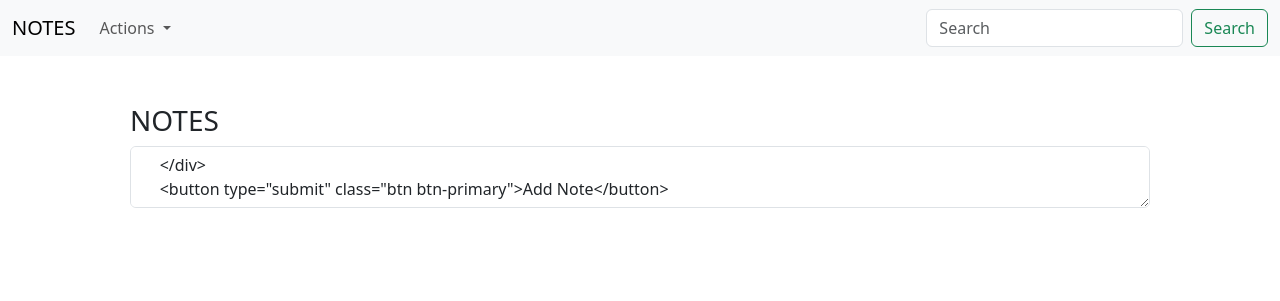
Repository: Qu4ntumGuy/flask-notes
Page: http://localhost/
The author's editor kept a copy of each file at every save. The page is drawn from the files as they stood at one save, then again after the next save.
The browser window is 1280 px wide. The pictures show the whole page.
The page is served by the project's application, run on Flask 3 (website/__init__.py). The user the application loads for id 1 is signed in. Other server files are loaded and not shown. The page reads the database file committed with the project.

Above is the page before, as saved 2024-05-30 22:24:21.

### website/templates/home.html
{%extends "index.html" %} {% block title %}  {{title}} {% endblock %}

{% block content %}

<form method="post" class="m-5">
    <div class="mb-3 mt-5">
        <div class="">
            <h3>NOTES</h3>
        </div>
      <!-- <label for="email" class="form-label">Email</label> -->
      <textarea class="form-control" id="note" name="note" placeholder="Add your Notes">
    </div>
    <button type="submit" class="btn btn-primary">Add Note</button>
  </form>

{% endblock %}

### website/templates/index.html
<!DOCTYPE html>
<html lang="en">
<head>
    <meta charset="UTF-8">
    <meta name="viewport" content="width=device-width, initial-scale=1.0">
    <link rel="stylesheet" href="https://cdn.jsdelivr.net/npm/bootstrap@5.3.3/dist/css/bootstrap.min.css">
    <title>{% block title %} Home {%endblock %} </title>
</head>
<body>
    <nav class="navbar navbar-expand-lg bg-body-tertiary">
        <div class="container-fluid">
          <a class="navbar-brand" href="/">NOTES</a>
          <button class="navbar-toggler" type="button" data-bs-toggle="collapse" data-bs-target="#navbarSupportedContent" aria-controls="navbarSupportedContent" aria-expanded="false" aria-label="Toggle navigation">
            <span class="navbar-toggler-icon"></span>
          </button>
          <div class="collapse navbar-collapse" id="navbarSupportedContent">
            <ul class="navbar-nav me-auto mb-2 mb-lg-0">
                {% if not user.is_authenticated %}
              <li class="nav-item">
                <a class="nav-link active" aria-current="page" href="/login">Login</a>
              </li>
              <li class="nav-item">
                <a class="nav-link" href="/signup">Sign Up</a>
              </li>
                {% endif %}
              <li class="nav-item dropdown">
                <a class="nav-link dropdown-toggle" href="#" role="button" data-bs-toggle="dropdown" aria-expanded="false">
                  Actions
                </a>
                <ul class="dropdown-menu">
                  <li><a class="dropdown-item" href="#">About us</a></li>
                  <li><a class="dropdown-item" href="#">User panel</a></li>
                  {% if user.is_authenticated %}
                  <li><hr class="dropdown-divider"></li>
                  <li><a class="dropdown-item" href="/logout">Logout</a></li>
                    {% endif %}
                </ul>
              </li>
              <!-- <li class="nav-item">
                <a class="nav-link disabled" aria-disabled="true">Disabled</a>
              </li> -->
            </ul>
            <form class="d-flex" role="search">
              <input class="form-control me-2" type="search" placeholder="Search" aria-label="Search">
              <button class="btn btn-outline-success" type="submit">Search</button>
            </form>
          </div>
        </div>
      </nav>
      {% with messages = get_flashed_messages(with_categories=true) %}
        {% if messages %}

                {% for category, message in messages %}
                {% if category == "error"%}
                <div class="alert alert-danger alert-dismissable fade show" role="alert">{{ message }}
                    <button type="button" class="btn-close" data-bs-dismiss="alert" aria-label="Close">
                        <!-- <span aria-hidden="true">&times;</span> -->
                    </button>
                </div>
                {% else %}
                <div class="alert alert-success alert-dismissable fade show" role="alert">{{ message }}
                    <button type="button" class="btn-close" data-bs-dismiss="alert" aria-label="Close">
                        <!-- <span aria-hidden="true">&times;</span> -->
                    </button>
                </div>
                {% endif %}
                {% endfor %}

            {% endif %}

      {% endwith %}
      <div class="container">
        {% block content %}
        {% endblock %}
      </div>
    <script src="https://cdn.jsdelivr.net/npm/@popperjs/core@2.11.8/dist/umd/popper.min.js" integrity="sha384-I7E8VVD/ismYTF4hNIPjVp/Zjvgyol6VFvRkX/vR+Vc4jQkC+hVqc2pM8ODewa9r" crossorigin="anonymous"></script>
<script src="https://cdn.jsdelivr.net/npm/bootstrap@5.3.3/dist/js/bootstrap.min.js" integrity="sha384-0pUGZvbkm6XF6gxjEnlmuGrJXVbNuzT9qBBavbLwCsOGabYfZo0T0to5eqruptLy" crossorigin="anonymous"></script>
</body>
</html>

### website/__init__.py
from os import path
from flask import Flask
from flask_login import LoginManager

from flask_sqlalchemy import SQLAlchemy

db = SQLAlchemy()

DB_NAME = "database.db"


def create_app():
    app = Flask(__name__)
    app.config['SECRET_KEY'] = 'randomstring'
    app.config['SQLALCHEMY_DATABASE_URI'] = f'sqlite:///{DB_NAME}'
    db.init_app(app)

    from .view import views
    from .auth import auth

    app.register_blueprint(views, url_prefix='/')
    app.register_blueprint(auth, url_prefix='/')

    from .models import User, Note

    with app.app_context():
        create_database()

    login_manager = LoginManager()
    login_manager.login_view = 'auth.login'
    login_manager.init_app(app)

    @login_manager.user_loader
    def load_user(id):
        return User.query.get(int(id))

    return app


def create_database():
    if not path.exists('website/' + DB_NAME):
        db.create_all()
        print('Created Database!')

### website/view.py
from flask import Blueprint, render_template
from flask_login import login_required, current_user

views = Blueprint('views', __name__)


@views.route('/')
@login_required
def home():
    return render_template("home.html", user=current_user, title='Home')
    # return "<h1>Home</h1>"

### instance/database.db (the tables this page reads, as SQL)
CREATE TABLE user (
	id INTEGER NOT NULL, 
	email VARCHAR(150), 
	password VARCHAR(150), 
	"firstName" VARCHAR(150), 
	PRIMARY KEY (id), 
	UNIQUE (email)
);
INSERT INTO "user" VALUES
(1, 'seeker.gaming01@gmail.com', 'pbkdf2:sha256:600000$8Q1ZraY2pDujrrrH$db254f9132b28f4c50be175e0377d6b2bc9adcbbed63c2f15db2a27302eec343', 'Gaurav'),
(2, 'test@test.com', 'pbkdf2:sha256:600000$Mqc59hZzY50Iq9Kg$ba19078c791abb02df25b9b6d4e6a3b012aef06b8d2a7d812b4d77e34a9d6f37', 'Gaurav');

After the next save:
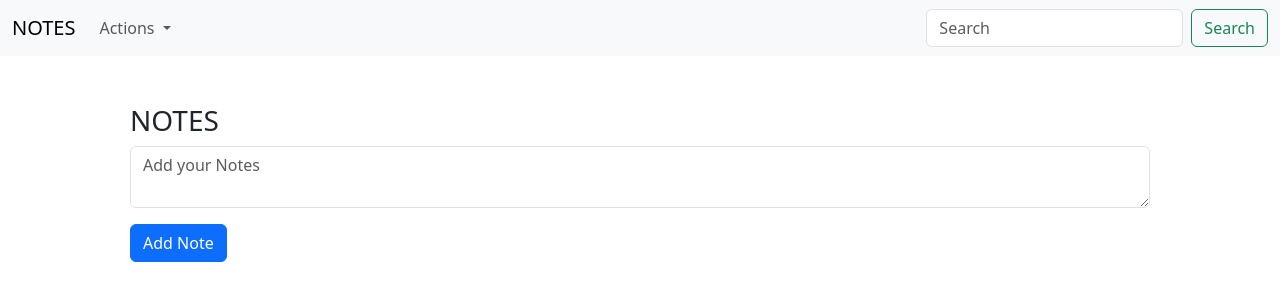
Saved 35 s later.
--- a/website/templates/home.html
+++ b/website/templates/home.html
@@ -8,7 +8,8 @@
             <h3>NOTES</h3>
         </div>
       <!-- <label for="email" class="form-label">Email</label> -->
-      <textarea class="form-control" id="note" name="note" placeholder="Add your Notes">
+      <textarea class="form-control" id="note" name="note" placeholder="Add your Notes"></textarea>
+
     </div>
     <button type="submit" class="btn btn-primary">Add Note</button>
   </form>
